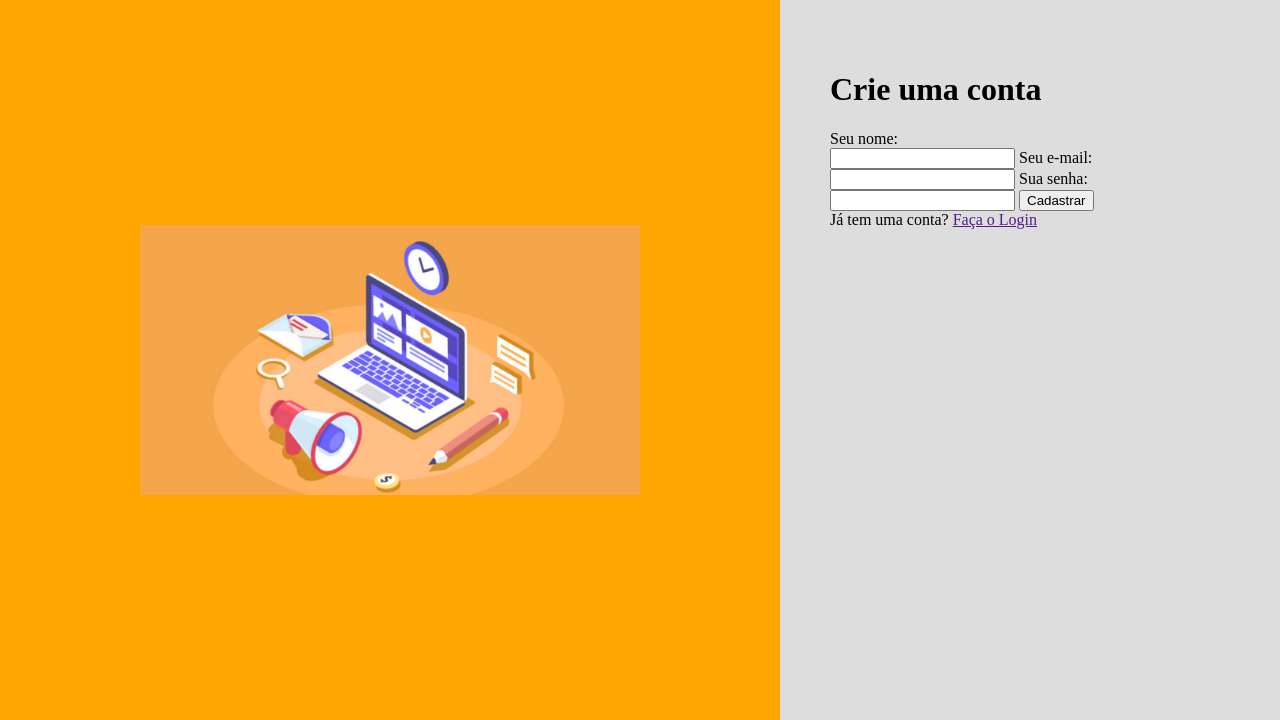
Repository: rafavirginio/tela-de-login
Page: index.html
The author's editor kept a copy of each file at every save. The page is drawn from the files as they stood at one save, then again after the next save.
The browser window is 1280 px wide. The pictures show the whole page.

Above is the page before, as saved 2020-09-14 23:27:07.

### index.html
<!DOCTYPE html>
<html lang="en">

<head>
    <meta charset="UTF-8">
    <meta name="viewport" content="width=device-width, initial-scale=1.0">
    <title> Validador de Formulário </title>
    <link rel="stylesheet" href="style.css" />
</head>

<body>
    <div class="screen">
        <div class="leftside">
            <img src="imgGR.png" alt ""/>

        </div>
        <div class="rightside">
            <h1>Crie uma conta</h1>

            <form method="POST">


                <label>
                Seu nome: <br/>
                <input type="text" name="name" />
            </label>
                <label>
                Seu e-mail: <br/>
                <input type="text" name="email" />
            </label>
                <label>
                Sua senha: <br/>
                <input type="password" name="password" />
                <label>
                    <input type="submit" value="Cadastrar">
                </label>
            </form>
            <div>
                Já tem uma conta?
                <a href=""> Faça o Login</a>
            </div>
            <div>
            </div>

            <script src="script.js"></script>
</body>

</html>

### style.css
body {
    background-color: orange;
    margin: 0;
}

.screen {
    display: flex;
    height: 100vh;
}

.leftside {
    flex: 1;
    display: flex;
    justify-content: center;
    align-items: center;
}

.leftside img {
    max-width: 500px;
    height: auto;
}

.rightside {
    width: 400px;
    background-color: #DDD;
    padding: 50px;
}

Loaded but not shown: script.js (no copy from this time; the picture is the same without it)

After the next save:
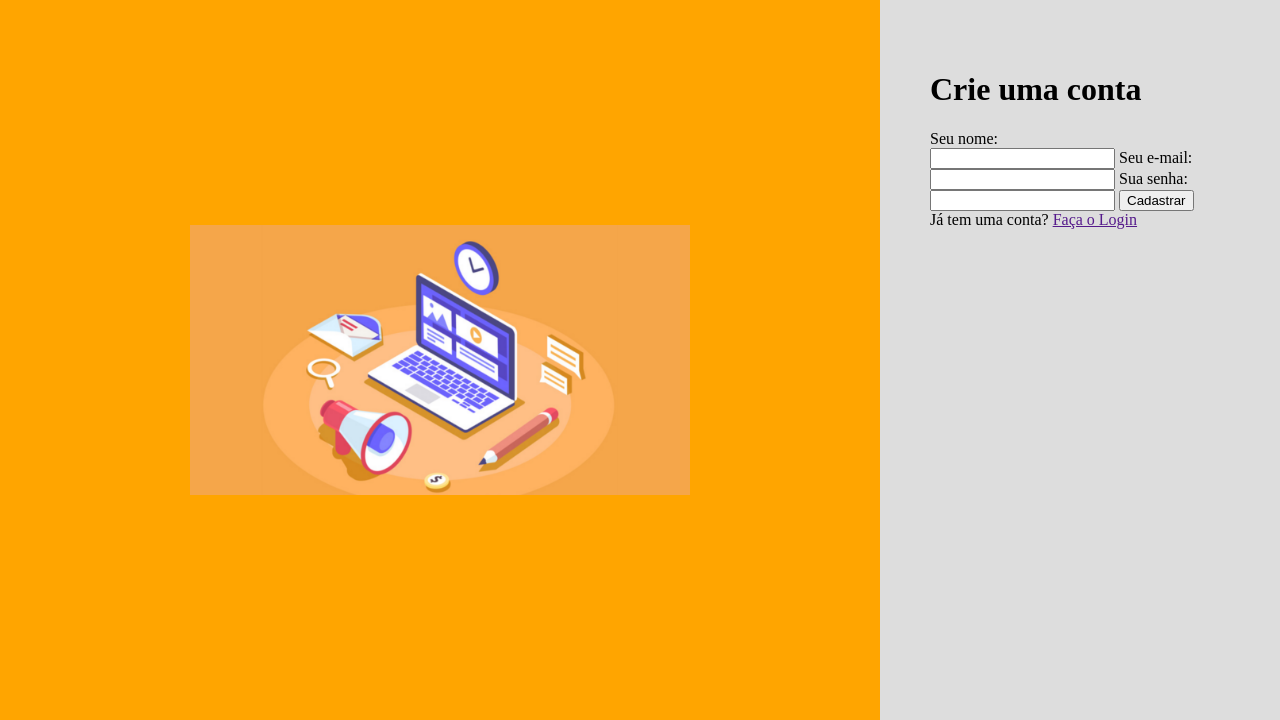
Saved 41 s later.
--- a/style.css
+++ b/style.css
@@ -1,3 +1,7 @@
+* {
+    box-sizing: border-box;
+}
+
 body {
     background-color: orange;
     margin: 0;
